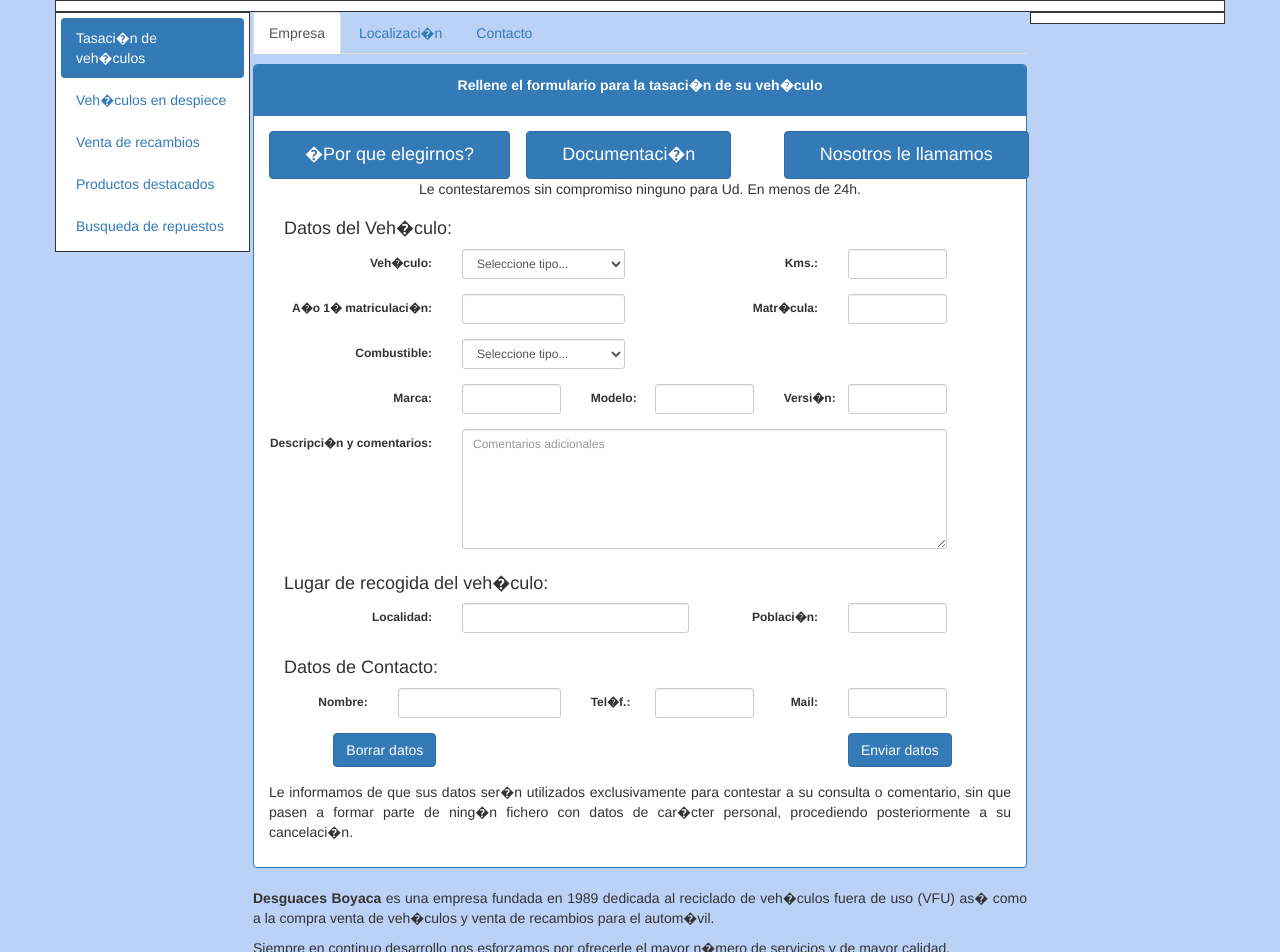
Repository: surrius/pruBoyaca
Page: http://localhost/
These files come from the project's save history. The page is drawn as it stood at one moment and after the next save; the edit follows.
The browser window is 1280 px wide. The pictures show the part of the page from y = 0 to 952 px (the page is 2669 px tall).
The page is run by PHP 8.4 with error messages shown; the project is at /var/www/html/.

Above is the page before, as saved 2016-03-02 10:59:33.

### Boyaca/index.php
<!DOCTYPE html>
<html lang="es">
  <head>
<!-- 	<meta http-equiv="Content-Type" content="text/html"; charset=utf-8"/>  -->
	<meta content="text/html; charset=iso-8859-1" http-equiv=Content-Type>
    <meta http-equiv="X-UA-Compatible" content="IE=edge">
    <meta name="viewport" content="width=device-width, initial-scale=1">
    <title>Autodesguaces Boyaca</title>

    <!-- Bootstrap -->
    <link href="bootstrap/css/bootstrap.min.css" rel="stylesheet">
    <link href="css/boyaca_css.css" rel="stylesheet">
    <link type="text/css" rel="stylesheet" href="css/font-awesome.min.css"/>
    <!-- jQuery (necessary for Bootstrap's JavaScript plugins) -->
    <script src="js/jquery-1.12.0.min.js"></script>
    <!-- Include all compiled plugins (below), or include individual files as needed -->
    <script src="bootstrap/js/bootstrap.min.js"></script>

    <!-- HTML5 Shim and Respond.js IE8 support of HTML5 elements and media queries -->
    <!-- WARNING: Respond.js doesn't work if you view the page via file:// -->
    <!--[if lt IE 9]>
      <script src="https://oss.maxcdn.com/libs/html5shiv/3.7.0/html5shiv.js"></script>
      <script src="https://oss.maxcdn.com/libs/respond.js/1.4.2/respond.min.js"></script>
    <![endif]-->
  </head>
  <body>
  	<div class="container">
  		<!-- Cabecera -->
  		<?php include "includes/main/head.php" ?>

      <!-- Parte central de interaccion con el MENU1 y el MENU2 -->
      <?php include "includes/main/central.php" ?>

      <!-- Pie de pÃ¡gina -->
      <?php include "includes/main/footer.php" ?>
  	</div>
  </body>
</html>

### Boyaca/includes/main/head.php
<!-- DIV contenedor de la cabecera -->

<div class="row prueba">

</div>

### Boyaca/includes/main/central.php

<!-- DIV contenedor de la informaciÃ³n seleccionada por el usuario desde el MENU1 y el MENU2 -->

<div class="row">
	<!-- Botonera del MENU 1 -->
	<div class="col-sm-2 prueba">
		<ul class="nav nav-pills nav-stacked">
			<li role="presentation" class="active"><a href="#">Tasación de vehículos</a></li>
			<li role="presentation"><a href="#">Vehículos en despiece</a></li>
			<li role="presentation"><a href="#">Venta de recambios</a></li>
			<li role="presentation"><a href="#">Productos destacados</a></li>
			<li role="presentation"><a href="#">Busqueda de repuestos</a></li>
		</ul>
	</div>

	<!-- div que recibirÃ¡ las pantallas segun la opcion de los MENUS que se pulse -->
	<div id="central" class="col-sm-8 menu-central">
		<ul class="nav nav-tabs">
			<li role="presentation" class="active">
				<a href="#">Empresa</a>
			</li>
			<li role="presentation">
				<a href="#">Localización</a>
			</li>
			<li role="presentation">
				<a href="#">Contacto</a>
			</li>
		</ul>

		<!-- Div donde se cargarÃ¡n todas las pantallas del MENU 2 -->
		<div id="cargaMenu2" class="carga-menu2">
			<!-- QUitar --> <?php include "includes/menu2/tasacion.php" ?>
			<!-- QUitar --> <?php include "includes/menu2/inicio.php" ?>
			<!-- QUitar --> <?php include "includes/menu2/localizacion.php" ?>
			<!-- QUitar --> <?php include "includes/menu2/contacto.php" ?>
		</div>
	</div>

	<!-- Area de Noticias y sellos autorizados -->
	<div class="col-sm-2 prueba">

	</div>
</div>

### Boyaca/includes/menu2/tasacion.php
<div class="panel panel-primary">
	<div class="panel-heading">
		<p class="text-center">
			<strong>Rellene el formulario para la tasación de su vehículo</strong>
		</p>
	</div>
	<div class="panel-body">
		<!-- Botones de ayuda tasaciones -->
		<div class="row">
			<div class="col-sm-4">
				<button id="botTasPorque" class="btn btn-primary bot-tasacion">¿Por que elegirnos?</button>
			</div>
			<div class="col-sm-4">
				<button id="botTasDocu" class="btn btn-primary bot-tasacion">Documentación</button>
			</div>
			<div class="col-sm-4">
				<button id="botTasCall" class="btn btn-primary bot-tasacion">Nosotros le llamamos</button>
			</div>
		</div>

		<p class="text-center">
			Le contestaremos sin compromiso ninguno para Ud. En menos de 24h.
		</p>
		<h4 class="col-sm-12">Datos del Vehículo:</h4>
		<form id="datosTasacion" class="form-horizontal">
			<div class="form-group form-group-sm">
			<!-- Tipo de Vehículo -->
				<label for="inputVehiculo" class="col-sm-3 control-label">Vehículo:</label>
				<div class="col-sm-3">
					<select id="inputVehiculo" class="form-control">
						<option value="00">Seleccione tipo...</option>
						<option value="01">Coche</option>
						<option value="02">Furgoneta</option>
						<option value="03">Moto</option>
					</select>
				</div>
			<!-- Kilometros -->
				<label for="kilometros" class="col-sm-1  col-md-offset-2 control-label">Kms.:</label>
				<div class="col-sm-2">
					<input type="text" class="form-control" id="kilometros" placeholder="">
				</div>
			</div>

			<!-- Año Matriculación -->
			<div class="form-group form-group-sm">
				<label for="anyoMatricula" class="col-sm-3 control-label">Año 1ª matriculación:</label>
				<div class="col-sm-3">
					<input type="text" class="form-control" id="anyoMatricula" placeholder="">
				</div>
			<!-- Matricula -->
				<label for="matricula" class="col-sm-3 control-label">Matrícula:</label>
				<div class="col-sm-2">
					<input type="text" class="form-control" id="matricula" placeholder="">
				</div>
			</div>

			<!-- Combustible -->
			<div class="form-group form-group-sm">
				<label for="inputCombustible" class="col-sm-3 control-label">Combustible:</label>
				<div class="col-sm-3">
					<select id="inputCombustible" class="form-control">
						<option value="00">Seleccione tipo...</option>
						<option value="01">Gasolina</option>
						<option value="02">Diesel</option>
						<option value="03">Híbrido</option>
					</select>
				</div>
			</div>

			<!-- Datos del vehículo -->
			<div class="form-group form-group-sm">
			<!-- Marca -->
				<label for="inputMarca" class="col-sm-3 control-label">Marca:</label>
				<div class="col-sm-2">
					<input type="text" class="form-control" id="inputMarca" placeholder="">
				</div>
			<!-- Modelo -->
				<label for="inputModelo" class="col-sm-1 control-label">Modelo:</label>
				<div class="col-sm-2">
					<input type="text" class="form-control" id="inputModelo" placeholder="">
				</div>
			<!-- Version -->
				<label for="inputVersion" class="col-sm-1 control-label">Versión:</label>
				<div class="col-sm-2">
					<input type="text" class="form-control" id="inputVersion" placeholder="">
				</div>
			</div>

			<!-- Descripción y comentarios -->
			<div class="form-group form-group-sm">
				<label for="inputDescripcion" class="col-sm-3 control-label">Descripción y comentarios:</label>
				<div class="col-sm-8">
					<textarea class="form-control" id="inputDescripcion" rows="6" placeholder="Comentarios adicionales"></textarea>
				</div>
			</div>

			<!-- Lugar de recogida -->
			<h4 class="col-sm-12">Lugar de recogida del vehículo:</h4>
			<div class="form-group form-group-sm">
			<!-- Localidad -->
				<label for="inputLocalidad" class="col-sm-3 control-label">Localidad:</label>
				<div class="col-sm-4">
					<input type="text" class="form-control" id="inputLocalidad" placeholder="">
				</div>
			<!-- Población -->
				<label for="inputPoblacion" class="col-sm-2 control-label">Población:</label>
				<div class="col-sm-2">
					<input type="text" class="form-control" id="inputPoblacion" placeholder="">
				</div>
			</div>

			<!-- Datos de Contacto -->
			<h4 class="col-sm-12">Datos de Contacto:</h4>
			<div class="form-group form-group-sm">
			<!-- Marca -->
				<label for="inputMarca" class="col-sm-2 control-label">Nombre:</label>
				<div class="col-sm-3">
					<input type="text" class="form-control" id="inputMarca" placeholder="">
				</div>
			<!-- Modelo -->
				<label for="inputModelo" class="col-sm-1 control-label">Teléf.:</label>
				<div class="col-sm-2">
					<input type="text" class="form-control" id="inputModelo" placeholder="">
				</div>
			<!-- Version -->
				<label for="inputVersion" class="col-sm-1 control-label">Mail:</label>
				<div class="col-sm-2">
					<input type="text" class="form-control" id="inputVersion" placeholder="">
				</div>
			</div>

			<!-- Boton Limpiar formulario -->
			<div class="form-group form-group-sm">
				<div class="col-sm-3 col-md-offset-1">
					<button id="botTasaLimpiar" type="submit" class="btn btn-primary">Borrar datos</button>
				</div>
			<!-- Boton de envio de datos -->
				<div class="col-sm-3 col-md-offset-5">
					<button id="botTasaEnviar" type="submit" class="btn btn-primary">Enviar datos</button>
				</div>
			</div>
			<p class="text-justify">
				Le informamos de que sus datos serán utilizados exclusivamente para contestar a su consulta o comentario, sin que pasen a formar parte de ningún
				fichero con datos de carácter personal, procediendo posteriormente a su cancelación.
			</p>
		</form>
	</div>
</div>

### Boyaca/includes/menu2/inicio.php
<!--
/* **************************************************************** */
/* **************************************************************** */
/*				Codigo HTML de la pagina de Inicio					*/
/* **************************************************************** */
/* **************************************************************** */
-->
<div class="margenes">
	<p class="text-justify">
		<strong>Desguaces Boyaca</strong> es una empresa fundada en 1989 dedicada al reciclado de vehículos fuera de uso (VFU) así como a la compra venta de
		vehículos y venta de recambios para el automóvil.
	</p>
	<p class="text-justify">
		Siempre en continuo desarrollo nos esforzamos por ofrecerle el mayor número de servicios y de mayor calidad.
	</p>
	<p class="text-justify">
		Compramos su vehículo siniestrado o averiado. Nosotros nos ocupamos de todo: grua, baja de tráfico, transferencia etc... y sin
		ningún coste para usted.
	</p>
	<p class="text-justify">
		Más de 15.000 recambios en stock, todos revisados y garantizados.
	</p>
</div>

<div class="embed-responsive embed-responsive-16by9">
  	<iframe class="embed-responsive-item" src="https://www.youtube.com/embed/ho7oXw0vpfE"></iframe>
</div>

### Boyaca/includes/menu2/localizacion.php
<!--
/* **************************************************************** */
/* **************************************************************** */
/*				Codigo HTML de la pagina de Localizacion			*/
/* **************************************************************** */
/* **************************************************************** */
-->

<div class="margenes">
	<p class="text-justify">
		<strong>Nota:</strong> Inicie sesión en Google si desea interactuar con la ubicación de su casa, trabajo u otros sitios e
		información que tenga guardados.
	</p>
</div>

<div class="embed-responsive embed-responsive-16by9">
	<iframe src="https://www.google.com/maps/embed?pb=!1m14!1m8!1m3!1d97476.31931069591!2d-3.638363!3d40.228301!3m2!1i1024!2i768!4f13.1!3m3!1m2!1s0x0%3A0x76fb7586fd66fec5!2sDesguaces+Boyac%C3%A1!5e0!3m2!1ses!2sus!4v1454864953410" width="600" height="450" frameborder="0" style="border:0" allowfullscreen></iframe>
</div>

### Boyaca/includes/menu2/contacto.php
<div class="panel panel-primary">
	<div class="panel-heading">
		<p class="text-center"><strong>Rellene el formulario para contactar con nosotros</strong></p>
	</div>
	<div class="panel-body">
		<p class="text-justify">
			Puede contactar con nosotros rellenado el siguiente formulario o en la dirección info@desguacesboyaca.es.
		</p>
		<form id="datosContacto" class="form-horizontal">
			<!-- Nombre y apellidos -->
			<div class="form-group">
				<label for="inputNombre" class="col-sm-3 control-label">Nombre y apellidos</label>
				<div class="col-sm-8">
					<input type="text" class="form-control" id="inputNombre" placeholder="Nombre y apellidos">
				</div>
			</div>
			<!-- DirecciÃ³n -->
			<div class="form-group">
				<label for="inputDireccion" class="col-sm-3 control-label">Dirección</label>
				<div class="col-sm-8">
					<input type="text" class="form-control" id="inputDireccion" placeholder="Dirección">
				</div>
			</div>
			<!-- TelÃ©fono -->
			<div class="form-group">
				<label for="inputTelefono" class="col-sm-3 control-label">Teléfono</label>
				<div class="col-sm-8">
					<input type="email" class="form-control" id="inputTelefono" placeholder="Teléfono">
				</div>
			</div>
			<!-- Email -->
			<div class="form-group">
				<label for="inputEmail" class="col-sm-3 control-label">Email</label>
				<div class="col-sm-8">
					<input type="email" class="form-control" id="inputEmail" placeholder="Email">
				</div>
			</div>
			<!-- Consulta -->
			<div class="form-group">
				<label for="inputConsulta" class="col-sm-3 control-label">Consulta</label>
				<div class="col-sm-8">
					<textarea class="form-control" id="inputConsulta" rows="4" placeholder="Consulta"></textarea>
				</div>
			</div>
			<!-- Boton de envio de datos -->
			<div class="form-group">
				<div class="col-sm-3 pull-right">
					<button type="submit" class="btn btn-primary">Enviar datos</button>
				</div>
			</div>
			<p class="text-justify">
				Le informamos de que sus datos serán utilizados exclusivamente para contestar a su consulta o comentario, sin que pasen a formar parte de ningún
				fichero con datos de carácter personal, procediendo posteriormente a su cancelación.
			</p>
		</form>
	</div>
</div>

### Boyaca/includes/main/footer.php
<!-- DIV contenedor de el pie de página -->

<div class="row well">
	<footer class="footer">
		<p class="text-center">
			<span class="glyphicon glyphicon-globe" aria-hidden="true"></span>
			www.desguacesboyaca.es
		</p>
		<h6>
			<p class="text-center">Tramitar la baja de un coche | Desguaces en Madrid | Vender coche siniestrado</p>
		</h6>
	</footer>
</div>

### Boyaca/css/boyaca_css.css
/* **************************************************************** */
/* **************************************************************** */
/*  CSS con las clases externas a bootstrap usadas para el diseÃ±o   */
/*  de la pÃ¡gina web.												*/
/* **************************************************************** */
/* **************************************************************** */
/*//// QUITAR //////*/
.prueba {
  border: 1px;
  border-style: solid;
  padding: 5px;
  background-color: white;
}

/* **************************************************************** */


/* 					        Clases CSS sobre etiquetas html 				        */
/* **************************************************************** */

body {
  background-color: #bcd1f6;
}

/*          		           Nuevas clases CSS 							          */
/* **************************************************************** */

.menu-central {
	padding-left: 3px;
	padding-right: 3px;
}

.carga-menu2 {
	padding-bottom: 10px;
    padding-top: 10px;
}

.margenes {
	margin-bottom: 20px;
}

/* ************************ Pantalla de tasacion ************************ */
/* Animacion de los botones superiores de la pantalla de tasación - INI */
.bot-tasacion {
/* 	border: none; */
/* 	background: #3a7999; */
/* 	color: #f2f2f2; */
/* 	padding: 10px; */
	font-size: 18px;
/* 	border-radius: 5px; */
	position: relative;
	box-sizing: border-box;
	transition: all 500ms ease;
	padding: 10px 35px;
	overflow:hidden;
}

/* Botón Porque */
#botTasPorque.bot-tasacion:before {
	font-family: FontAwesome;
	content:"\f059";
	position: absolute;
	top: 11px;
	left: -30px;
	transition: all 200ms ease;
}

#botTasPorque.bot-tasacion:hover:before {
	left: 7px;
}

/* Botón Documentacion */
#botTasDocu.bot-tasacion:before {
	font-family: FontAwesome;
	content:"\f0f6";
	position: absolute;
	top: 11px;
	left: -30px;
	transition: all 200ms ease;
}

#botTasDocu.bot-tasacion:hover:before {
	left: 7px;
}

/* Botón Nosotros le llamamos */
#botTasCall.bot-tasacion:before {
	font-family: FontAwesome;
	content:"\f095";
	position: absolute;
	top: 11px;
	left: -30px;
	transition: all 200ms ease;
}

#botTasCall.bot-tasacion:hover:before {
	left: 7px;
}
/* Animacion de los botones superiores de la pantalla de tasación - FIN */
/* ******************************************************************** */

Loaded but not shown: Boyaca/bootstrap/css/bootstrap.min.css (library); Boyaca/css/font-awesome.min.css (library); Boyaca/js/jquery-1.12.0.min.js (library); Boyaca/bootstrap/js/bootstrap.min.js (library)

After the next save:
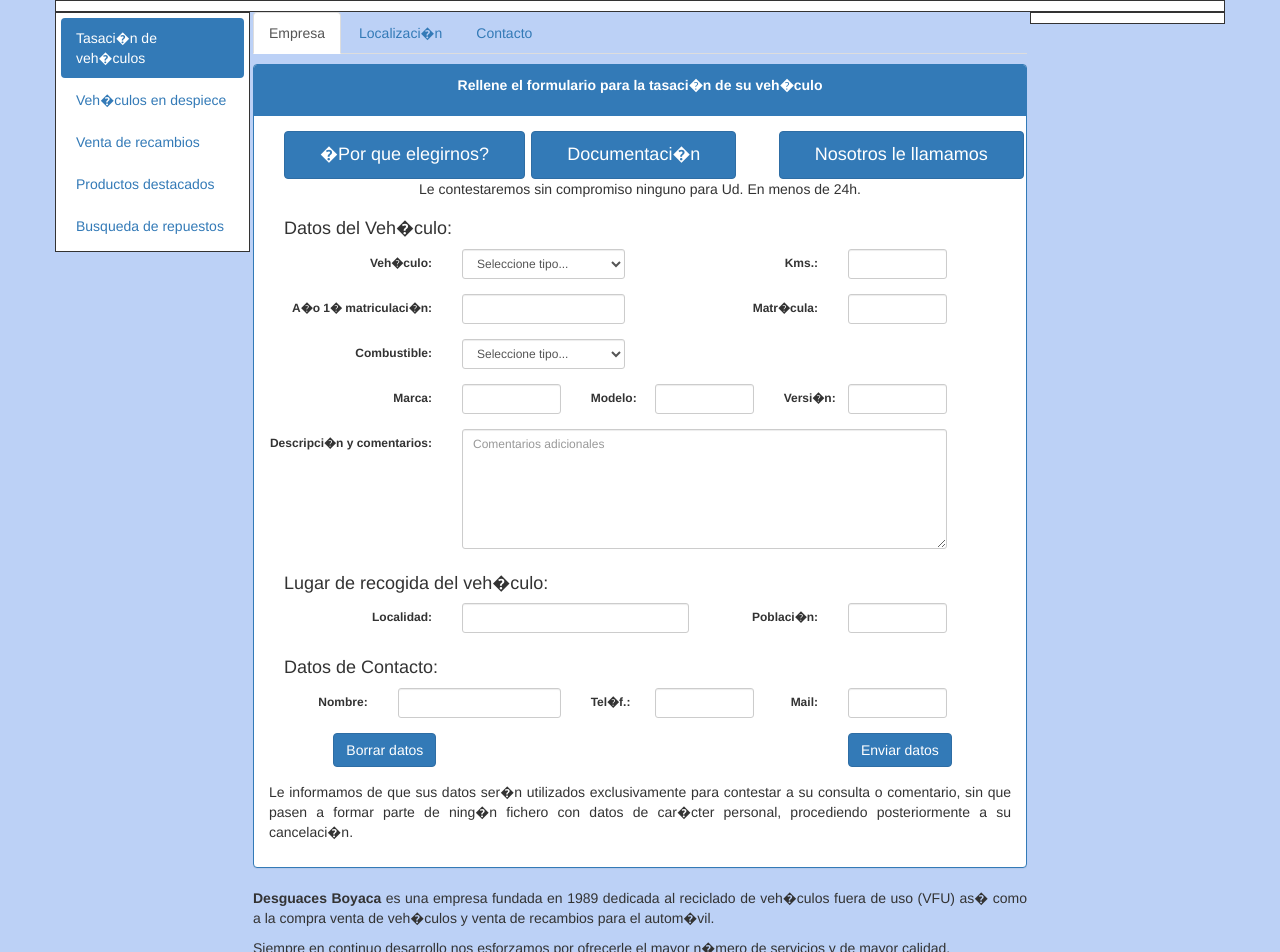
Saved 34 min 32 s later.
--- a/Boyaca/includes/menu2/tasacion.php
+++ b/Boyaca/includes/menu2/tasacion.php
@@ -6,7 +6,7 @@
 	</div>
 	<div class="panel-body">
 		<!-- Botones de ayuda tasaciones -->
-		<div class="row">
+		<div class="btn-group">
 			<div class="col-sm-4">
 				<button id="botTasPorque" class="btn btn-primary bot-tasacion">¿Por que elegirnos?</button>
 			</div>
